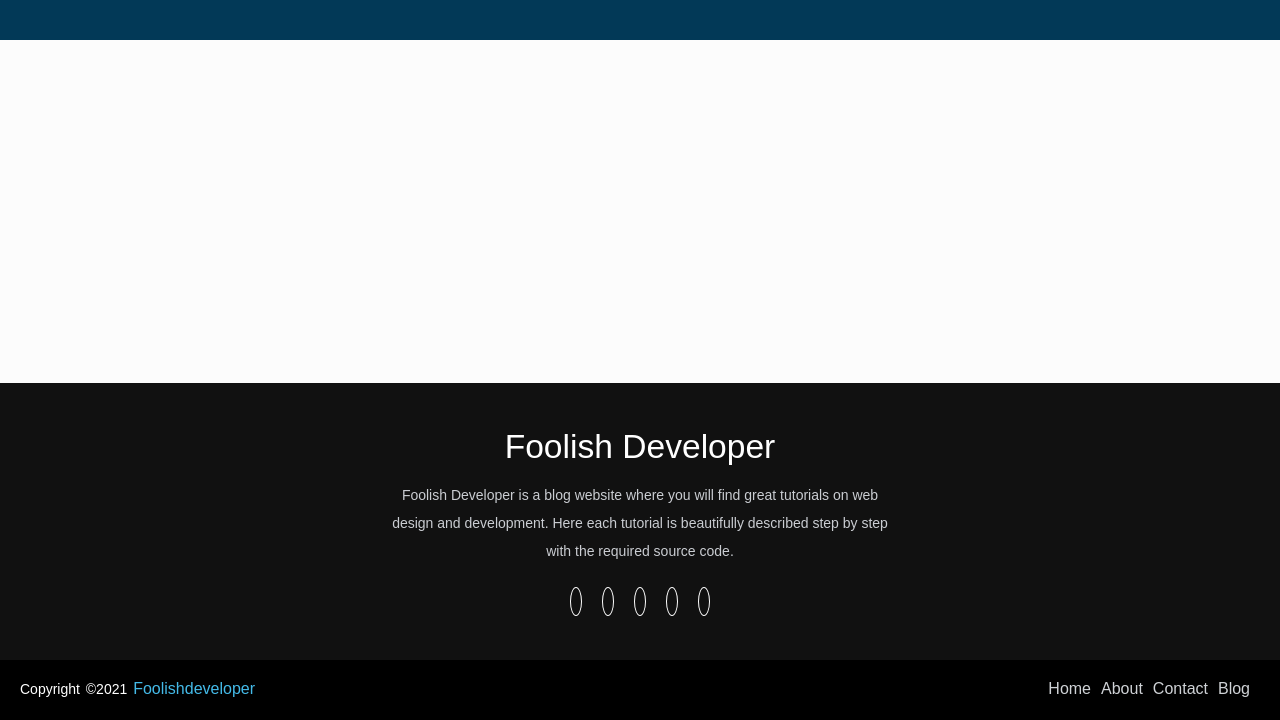
Repository: mcleanka/gym-management-system
Page: index.html
The author's editor kept a copy of each file at every save. The page is drawn from the files as they stood at one save, then again after the next save.
The browser window is 1280 px wide. The pictures show the whole page.

Above is the page before, as saved 2022-07-01 16:58:50.

### index.html
<!DOCTYPE html>
<html lang="en">

<head>
	<meta charset="UTF-8">
	<meta http-equiv="X-UA-Compatible" content="IE=edge">
	<meta name="viewport" content="width=device-width, initial-scale=1.0">
	<title>Home | Gym Management System</title>

	<link rel="stylesheet" href="css/style.css">
	<script src="js/app.js"></script>
</head>

<body>
	<div class="container">
		<div class="wrapper">

			<header id="header">
				<div class="container">

				</div>
			</header>


			<footer>
				<div class="footer-content">
					<h3>Foolish Developer</h3>
					<p>Foolish Developer is a blog website where you will find great tutorials on web design and
						development. Here
						each tutorial is beautifully described step by step with the required source code.</p>
					<ul class="socials">
						<li><a href="#"><i class="fa fa-facebook"></i></a></li>
						<li><a href="#"><i class="fa fa-twitter"></i></a></li>
						<li><a href="#"><i class="fa fa-google-plus"></i></a></li>
						<li><a href="#"><i class="fa fa-youtube"></i></a></li>
						<li><a href="#"><i class="fa fa-linkedin-square"></i></a></li>
					</ul>
				</div>
				<div class="footer-bottom">
					<p>copyright &copy;2021 <a href="#">foolishdeveloper</a> </p>
					<div class="footer-menu">
						<ul class="f-menu">
							<li><a href="">Home</a></li>
							<li><a href="">About</a></li>
							<li><a href="">Contact</a></li>
							<li><a href="">Blog</a></li>
						</ul>
					</div>
				</div>

			</footer>
		</div>
	</div>
</body>

</html>

### css/style.css
     * {
     	margin: 0;
     	padding: 0;
     	box-sizing: border-box;
     }

     *,
     *:after,
     *:before {
     	box-sizing: border-box;
     }

     a {
     	text-decoration: none;
     }

     body {
     	background: #fcfcfc;
     	font-family: sans-serif;
     }

     #header {
     	padding: 20px 10px;
     	display: flex;
     	align-items: center;
     	justify-content: space-between;
     	background: #023957;
     	position: fixed;
     	left: 0;
     	top: 0;
     	width: 100%;
     }

     .container {
     	max-width: 1100px;
     	width: 100%;
     	margin: 0 auto;
     	padding: 0 15px;
     	display: flex;
     	align-items: center;
     	justify-content: space-between;
     }

     footer {
     	position: absolute;
     	bottom: 0;
     	left: 0;
     	right: 0;
     	background: #111;
     	height: auto;
     	width: 100vw;

     	padding-top: 40px;
     	color: #fff;
     }

     .footer-content {
     	display: flex;
     	align-items: center;
     	justify-content: center;
     	flex-direction: column;
     	text-align: center;
     }

     .footer-content h3 {
     	font-size: 2.1rem;
     	font-weight: 500;
     	text-transform: capitalize;
     	line-height: 3rem;
     }

     .footer-content p {
     	max-width: 500px;
     	margin: 10px auto;
     	line-height: 28px;
     	font-size: 14px;
     	color: #cacdd2;
     }

     .socials {
     	list-style: none;
     	display: flex;
     	align-items: center;
     	justify-content: center;
     	margin: 1rem 0 3rem 0;
     }

     .socials li {
     	margin: 0 10px;
     }

     .socials a {
     	text-decoration: none;
     	color: #fff;
     	border: 1.1px solid white;
     	padding: 5px;

     	border-radius: 50%;

     }

     .socials a i {
     	font-size: 1.1rem;
     	width: 20px;


     	transition: color .4s ease;

     }

     .socials a:hover i {
     	color: aqua;
     }

     .footer-bottom {
     	background: #000;
     	width: 100vw;
     	padding: 20px;
     	padding-bottom: 40px;
     	text-align: center;
     }

     .footer-bottom p {
     	float: left;
     	font-size: 14px;
     	word-spacing: 2px;
     	text-transform: capitalize;
     }

     .footer-bottom p a {
     	color: #44bae8;
     	font-size: 16px;
     	text-decoration: none;
     }

     .footer-bottom span {
     	text-transform: uppercase;
     	opacity: .4;
     	font-weight: 200;
     }

     .footer-menu {
     	float: right;

     }

     .footer-menu ul {
     	display: flex;
     }

     .footer-menu ul li {
     	padding-right: 10px;
     	display: block;
     }

     .footer-menu ul li a {
     	color: #cfd2d6;
     	text-decoration: none;
     }

     .footer-menu ul li a:hover {
     	color: #27bcda;
     }

     @media (max-width:500px) {
     	.footer-menu ul {
     		display: flex;
     		margin-top: 10px;
     		margin-bottom: 20px;
     	}
     }

### js/app.js
/* Toggle between adding and removing the "responsive" class to topnav when the user clicks on the icon */
function myFunction() {
	var x = document.getElementById("myTopnav");
	if (x.className === "topnav") {
		x.className += " responsive";
	} else {
		x.className = "topnav";
	}
}

After the next save:
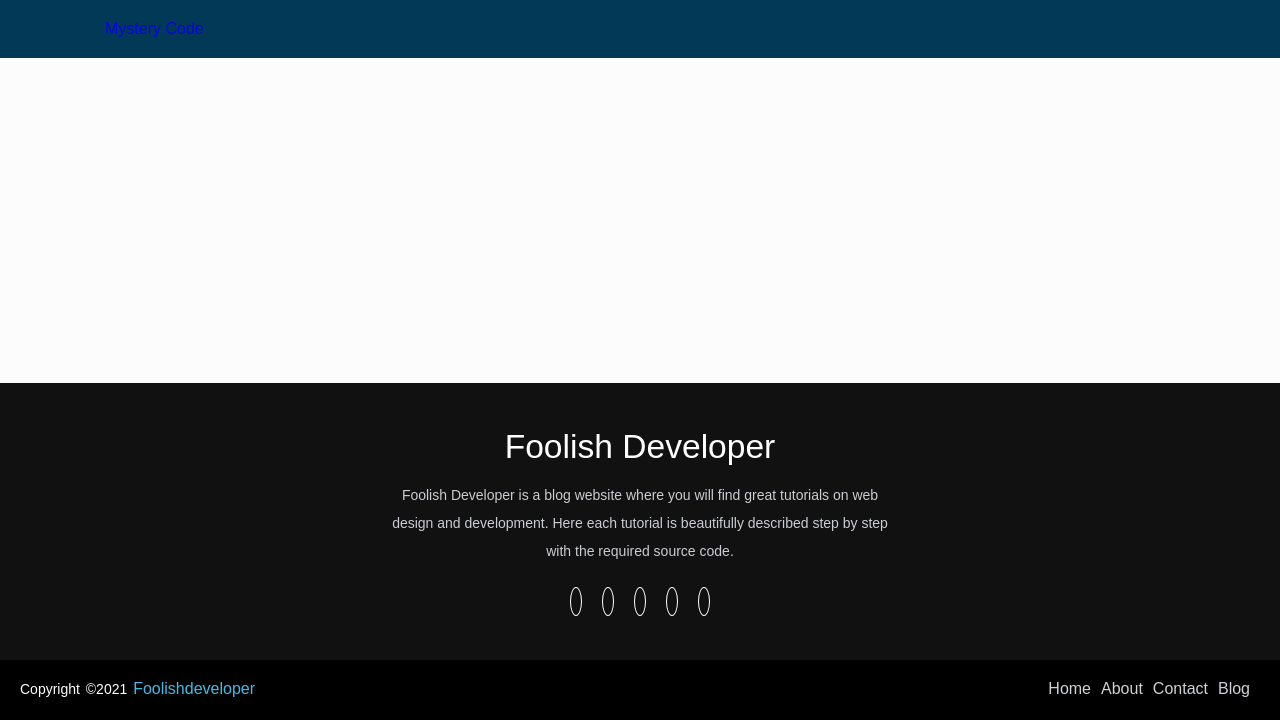
Saved 14 s later.
--- a/index.html
+++ b/index.html
@@ -17,7 +17,9 @@
 
 			<header id="header">
 				<div class="container">
-
+					<div class="header_left">
+						<a class="logo" href="#">Mystery Code</a>
+					</div>
 				</div>
 			</header>
 
